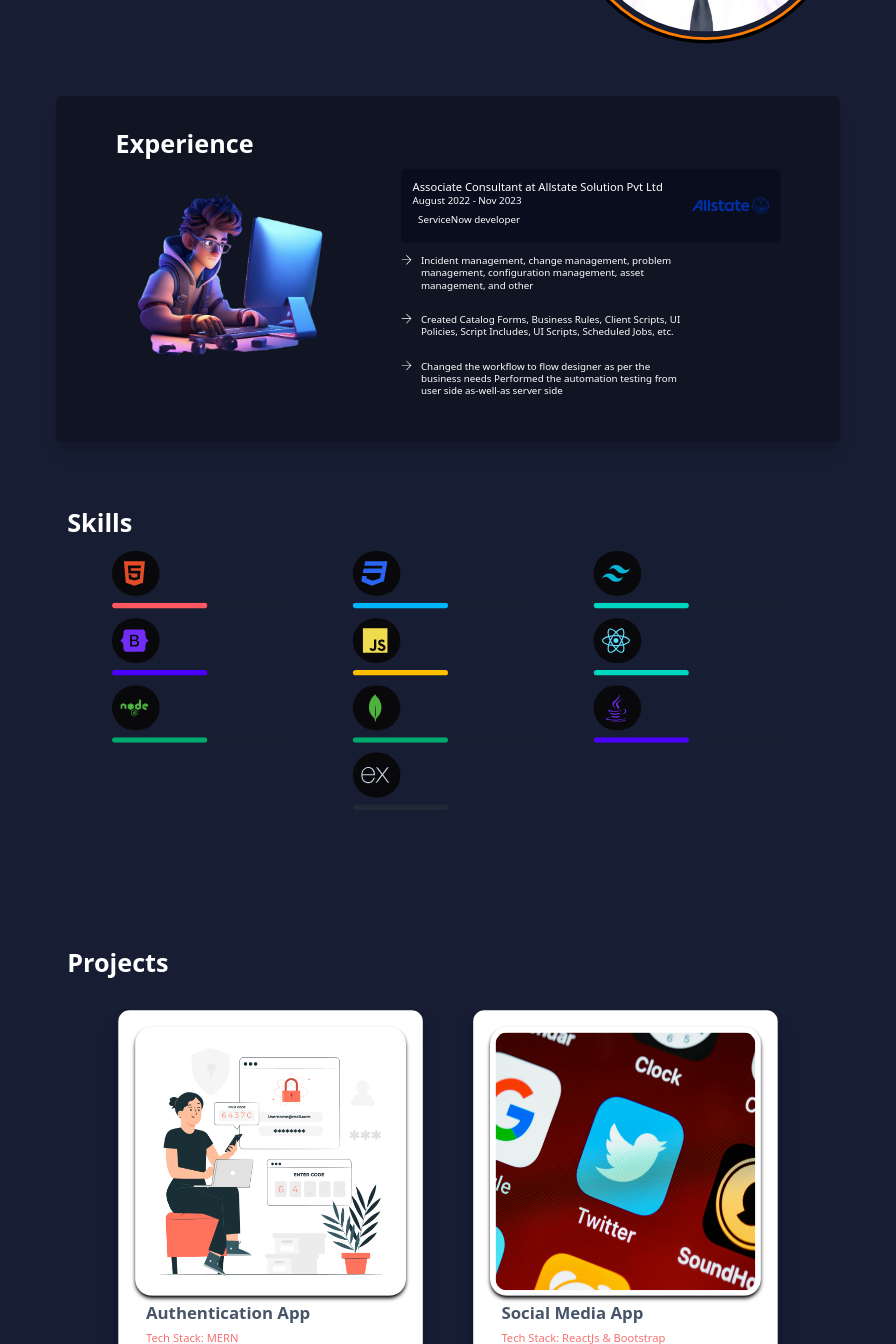
Repository: suryanshsingh99181/portfolio
Page: /
An editor plug-in stored every save of this project. The page is shown before and after the next save, followed by the edit.
The browser window is 1280 px wide. The pictures show the part of the page from y = 463 to 2383 px (the page is 4138 px tall), at 70% of full size.
The project was rebuilt for these pictures with package versions that can differ from the ones it lists, and the page was loaded fresh each time. Also part of the build but not shown: vite.config.js.

Above is the page before, as saved 2024-08-22 22:52:05.

### src/main.jsx
import { StrictMode } from "react";
import { createRoot } from "react-dom/client";
import App from "./App.jsx";
import "./index.css";
import { BrowserRouter, Router } from "react-router-dom";

createRoot(document.getElementById("root")).render(
  <StrictMode>
    <App />
  </StrictMode>
);

### src/App.jsx
import Experience from "./Components/experience/Experience";
import Footer from "./Components/footer/Footer";
import Home from "./Components/home/Home";
import Navbar from "./Components/navbar/Navbar";
import Projects from "./Components/Projects/Projects";
import Skills from "./Components/skills/Skills";
import "./index.css";

function App() {
  return (
    <div className="bg-[#171d32] h-auto w-full overflow-hidden">
      <Navbar></Navbar>
      <Home></Home>
      <Experience></Experience>
      <Skills></Skills>
      <Projects></Projects>
      <Footer></Footer>
    </div>
  );
}

export default App;

### src/Components/experience/Experience.jsx
import { InboxArrowDownIcon } from "@heroicons/react/16/solid";
import { TfiArrowRight } from "react-icons/tfi";
import image from "../../assets/proj.png";
import allstate_logo from "../../assets/Allstate-Logo-2017.png";

const Experience = () => {
  return (
    <div
      id="Experience"
      className="text-white md:flex overflow-hidden items-center md:flex-wrap md:justify-center bg-black shadow-xl mx-0 md:mx-20 bg-opacity-30 rounded-lg p-12"
    >
      <div>
        <h2 className="text-2xl md:text-4xl font-bold">Experience</h2>
        <div className="md:flex flex-wrap flex-col md:flex-row items-center">
          <img
            className="md:h-80 -ml-28 pr-10"
            src={image}
            alt="Experience Image"
          />
          <ul>
            <div className="flex gap-10 bg-slate-950 bg-opacity-45 mt-4 rounded-lg p-4 items-center">
              <span className="text-white">
                <h2 className=" leading-tight ">
                  Associate Consultant at Allstate Solution Pvt Ltd
                </h2>
                <p className="text-sm leading-tight font-thin">
                  August 2022 - Nov 2023
                </p>
                <ul className="text-sm p-2">
                  <li>ServiceNow developer</li>
                </ul>
              </span>
              <span>
                <img src={allstate_logo} className="w-28 text-[#0033A0]" />
              </span>
            </div>
            <div className="flex gap-3 py-4">
              <TfiArrowRight />
              <span className="w-96">
                <p className="text-sm md:text-md leading-tight">
                  Incident management, change management, problem management,
                  configuration management, asset management, and other
                </p>
              </span>
            </div>
            <div className="flex gap-3 py-4">
              <TfiArrowRight />
              <span className="w-96">
                <p className="text-sm md:text-md leading-tight">
                  Created Catalog Forms, Business Rules, Client Scripts, UI
                  Policies, Script Includes, UI Scripts, Scheduled Jobs, etc.
                </p>
              </span>
            </div>

            <div className="flex gap-3 py-4">
              <TfiArrowRight />
              <span className="w-96">
                <p className="text-sm md:text-md leading-tight">
                  Changed the workflow to flow designer as per the business
                  needs Performed the automation testing from user side
                  as-well-as server side
                </p>
              </span>
            </div>
          </ul>
        </div>
      </div>
    </div>
  );
};

export default Experience;

### src/Components/footer/Footer.jsx
import { CiLinkedin } from "react-icons/ci";
import { FaGithub } from "react-icons/fa";
import { MdOutlineEmail } from "react-icons/md";

const Footer = () => {
  return (
    <div
      id="Contact"
      className="flex justify-around bg-[#465697] text-white p-10 md:p-12 items-center"
    >
      <div>
        <h1 className="text-2xl md:text-6xl font-bold">Contact</h1>
        <h3 className="text-2xl md:text-sm font-normal ">
          Feel Free to reachout
        </h3>
      </div>
      <ul className="text-sm md:text-xl">
        <li className="flex gap-1 items-center">
          <MdOutlineEmail />
          suryanshsingh99181@gmail.com
        </li>
        <li className="flex gap-1 items-center">
          <CiLinkedin />
          linkedin.com/in/suryansh_s1
        </li>
        <li className="flex gap-1 items-center">
          <FaGithub />
          github.com/surynshsingh99181
        </li>
      </ul>
    </div>
  );
};

export default Footer;
<div></div>;

### src/Components/home/Home.jsx
import React from "react";
import image from "../../assets/suryansh.jpg";
import TextChanger from "../../TextChanger";

const Home = () => {
  return (
    <div className="text-white flex w-full justify-between items-start p-10 md:p-20">
      <div className="md:w-2/4 md:pt-10 mt-10">
        <h1 className="text-3xl md:text-6xl font-bold flex leading-normal tracking-tighter ">
          <TextChanger />
        </h1>
        <p className="text-sm md:text-2xl leading-tight tracking-tight font-serif mt-4">
          a MERN stack developer...
        </p>
        <button className=" bg-blue-500 mt-5 md:md-10 text-white py-2 px-3 text-sm md:text-lg md:px-4 hover:opacity-85 duration-300 hover:scale-105 font-semibold rounded-3xl bg-[#46]">
          Contact Me
        </button>
      </div>
      <div>
        <img
          className="h-96 w-96 rounded-full object-cover object-center p-2 border-4 border-[#FF7C00] shadow-[0_0_0_5px_rgba(0,0,0,1)]"
          src={image}
          alt=""
        />
      </div>
    </div>
  );
};

export default Home;

### src/Components/navbar/Navbar.jsx
import { RiCloseLine, RiMenu3Line } from "@remixicon/react";
import React, { useState } from "react";

const Navbar = () => {
  const [showMenu, setShowMenu] = useState(true);
  const [menu, openMenu] = useState(false);
  return (
    <nav className="flex flex-wrap justify-between md:items-center text-white px-10 md:px-20 bg-slate-800 ">
      <span className="text-2xl font-bold tracking-wide hover:text-cyan-200">
        Suryansh.
      </span>
      <ul
        className={`mx-24  py-2 mt-4 font-semibold md:-5 bg-black px-2 rounded-xl bg-opacity-30 md:border-none text-center md:bg-transparent md:static md:mx-0 md:flex gap-6 ${
          menu ? "block" : "hidden"
        }`}
      >
        <a href="#About">
          <li className="text-md transition-all duration-500 p-1 md:p-0 hover:text-cyan-200 hover:underline ">
            About
          </li>
        </a>
        <a href="#Experience">
          <li className="text-md transition-all duration-300 p-1 md:p-0 hover:text-cyan-200 hover:underline">
            Experience
          </li>
        </a>
        <a href="#Projects">
          <li className="text-md transition-all duration-300 p-1 md:p-0 hover:text-cyan-200 hover:underline">
            Projects
          </li>
        </a>
        <a href="#Contact">
          <li className="text-md transition-all duration-300 p-1 md:p-0 hover:text-cyan-200 hover:underline">
            Contact
          </li>
        </a>
      </ul>
      {showMenu ? (
        <RiMenu3Line
          size={30}
          className="md:hidden absolute right-10 top-6 transition-all duration-300"
          onClick={() => {
            openMenu(!menu);
            setShowMenu(!showMenu);
          }}
        />
      ) : (
        <RiCloseLine
          size={30}
          className="md:hidden absolute right-10 top-6 transition-all duration-300"
          onClick={() => {
            openMenu(!menu);
            setShowMenu(!showMenu);
          }}
        />
      )}
    </nav>
  );
};

export default Navbar;

### src/Components/Projects/Projects.jsx
import ProjectCard from "./ProjectCard";
import proj1 from "../../assets/1.jpg";
import proj2 from "../../assets/2.jpg";
import proj3 from "../../assets/3.png";
import proj4 from "../../assets/6.png";
import proj5 from "../../assets/4.jpeg";
import proj6 from "../../assets/5.jpg";

const Projects = () => {
  return (
    <div id="Projects" className="p-10 md:p-24 text-white">
      <h1 className="text-2xl md:text-4xl text-white font-bold">Projects</h1>

      <div className="py-12 flex flex-wrap justify-evenly gap-y-3">
        {/*  py-12 px-8 flex flex-wrap justify-around mb-1 gap-y-2 */}
        <ProjectCard
          imgSrc={proj1}
          title="Authentication App"
          main="Tech Stack: MERN"
        />
        <ProjectCard
          imgSrc={proj2}
          title="Social Media App"
          main="Tech Stack: ReactJs & Bootstrap"
        />
        <ProjectCard
          imgSrc={proj3}
          title="Calculator"
          main="Tech Stack: ReactJs & TailwindCss"
        />
        <ProjectCard
          imgSrc={proj4}
          title="Rock-Paper-Scissor Game"
          main="Tech Stack: HTML, TailwindCss & Javascript"
        />
        <ProjectCard
          imgSrc={proj5}
          title="Myntra Functional Clone"
          main="Tech Stack: HTML, TailwindCss & Javascript"
        />
        <ProjectCard
          imgSrc={proj6}
          title="Amazon Clone UI"
          main="Tech Stack: HTML & CSS"
        />
      </div>
    </div>
  );
};

export default Projects;

### src/Components/skills/Skills.jsx
import { Progress } from "@material-tailwind/react";
import "daisyui/dist/full.css";
import {
  FaCss3,
  FaFigma,
  FaGoogle,
  FaHtml5,
  FaJava,
  FaJs,
  FaNode,
  FaReact,
} from "react-icons/fa";
import {
  SiBootstrap,
  SiExpress,
  SiMongodb,
  SiRadixui,
  SiTailwindcss,
} from "react-icons/si";

import image from "../../assets/proj.png";

const Skills = () => {
  return (
    <div id="Skills" className="p-10 md:p-24">
      <h1 className="text-2xl md:text-4xl text-white font-bold">Skills</h1>
      <div className="mt-5">
        <div className=" flex flex-wrap justify-evenly w-auto gap-2">
          <div className="w-1/4">
            <span className="p-3 bg-zinc-950 flex items-center rounded-full w-1/4">
              <FaHtml5 className=" text-[#e34c26] w-10 h-10" />
            </span>
            <progress
              className="progress progress-error w-full"
              value="50"
              max="100"
            ></progress>
          </div>
          <div className="w-1/4">
            <span className="p-3 bg-zinc-950 flex items-center rounded-full w-1/4">
              <FaCss3 className=" text-[#2965f1] w-10 h-10" />
            </span>
            <progress
              className="progress progress-info w-full"
              value="50"
              max="100"
            ></progress>
          </div>
          <div className="w-1/4">
            <span className="p-3 bg-zinc-950 flex items-center rounded-full w-1/4">
              <SiTailwindcss className=" text-[#06b6d4] w-10 h-10" />
            </span>
            <progress
              className="progress progress-accent w-full"
              value="50"
              max="100"
            ></progress>
          </div>
          <div className="w-1/4">
            <span className="p-3 bg-zinc-950 flex items-center rounded-full w-1/4">
              <SiBootstrap className=" text-[#712CF9] w-10 h-10" />
            </span>
            <progress
              className="progress progress-primary w-full"
              value="50"
              max="100"
            ></progress>
          </div>
          <div className="w-1/4">
            <span className="p-3 bg-zinc-950 flex items-center rounded-full w-1/4">
              <FaJs className="text-[#f0db4f] w-10 h-10" />
            </span>
            <progress
              className="progress progress-warning w-full"
              value="50"
              max="100"
            ></progress>
          </div>
          <div className="w-1/4">
            <span className="p-3 bg-zinc-950 flex items-center rounded-full w-1/4">
              <FaReact className=" text-[#61dbfb] w-10 h-10" />
            </span>
            <progress
              className="progress progress-accent w-full"
              value="50"
              max="100"
            ></progress>
          </div>{" "}
          <div className="w-1/4">
            <span className="p-3 bg-zinc-950 flex items-center rounded-full w-1/4">
              <FaNode className="text-[#4db33d] w-10 h-10" />
            </span>
            <progress
              className="progress progress-success w-full"
              value="50"
              max="100"
            ></progress>
          </div>{" "}
          <div className="w-1/4">
            <span className="p-3 bg-zinc-950 flex items-center rounded-full w-1/4">
              <SiMongodb className="text-[#4db33d] w-10 h-10" />
            </span>
            <progress
              className="progress progress-success w-full"
              value="50"
              max="100"
            ></progress>
          </div>
          <div className="w-1/4">
            <span className="p-3 bg-zinc-950 flex items-center rounded-full w-1/4">
              <FaJava className="text-[#712CF5] w-10 h-10" />
            </span>
            <progress
              className="progress progress-primary w-full"
              value="50"
              max="100"
            ></progress>
          </div>{" "}
          <div className="w-1/4">
            <span className="p-3 bg-zinc-950 flex items-center rounded-full w-1/4">
              <SiExpress className="text-slate-300 w-10 h-10" />
            </span>
            <progress
              className="progress progress-progress w-full"
              value="50"
              max="100"
            ></progress>
          </div>
        </div>
      </div>
    </div>
  );
};

export default Skills;

### src/TextChanger.jsx
import { useState, useEffect } from "react";

const TextChanger = () => {
  const texts = ["Hi I am Suryansh", "Hi I am Suryansh", "Hi I am Suryansh"];
  const [currentText, setCurrentText] = useState("");
  const [endValue, setEndValue] = useState(true);
  const [isForward, setIsForward] = useState(true);
  const [index, setIndex] = useState(0);

  useEffect(() => {
    const intervalId = setInterval(() => {
      setCurrentText(texts[index].substring(0, endValue));
      if (isForward) {
        setEndValue((prev) => prev + 1);
      } else {
        setEndValue((prev) => prev - 1);
      }
      if (endValue > texts[index].length + 10) {
        setIsForward(false);
      }
      if (endValue < 2.1) {
        setIsForward(true);
        setIndex((prev) => prev & texts.length);
      }
    }, 50);
    return () => clearInterval(intervalId);
  }, [endValue, isForward, index, texts]);
  return <div className="transition ease duration-300">{currentText}</div>;
};

export default TextChanger;

### src/Components/Projects/ProjectCard.jsx
import suryansh from "../../assets/suryansh.jpg";

const ProjectCard = ({ imgSrc, title, main }) => {
  return (
    <div className="w-2/5 p-2 md:p-6 flex flex-col bg-white shadow-xl shadow-slate-900 rounded-2xl">
      <img
        className="p-2 rounded-3xl shadow-md shadow-black h-96"
        src={imgSrc}
        alt="bannerimage"
      />
      <h3 className=" pt-2 px-4 text-xl md:text-2xl font-semibold leading-normal text-slate-600">
        {title}
      </h3>
      <p className="px-4 text-sm md:text-base leading-tight py-2 text-red-400">
        {main}
      </p>
      <div className="md:p-4 flex gap-2 md:gap-4 ">
        <button className="md:mt-10 text-white py-2 px-3 text-sm md:text-lg md:py-2 md:px-4 hover:opacity-85 duration-300 hover:scale-105 font-semibold rounded-3xl bg-[#465697]">
          Demo
        </button>
        <button className="md:mt-10 text-white py-2 px-3 text-sm md:text-lg md:py-2 md:px-4 hover:opacity-85 duration-300 hover:scale-105 font-semibold rounded-3xl bg-[#465697]">
          Source Code
        </button>
      </div>
    </div>
  );
};

export default ProjectCard;

Loaded but not shown: index.html (common file); src/index.css (common file); tailwind.config.js (common file)

After the next save:
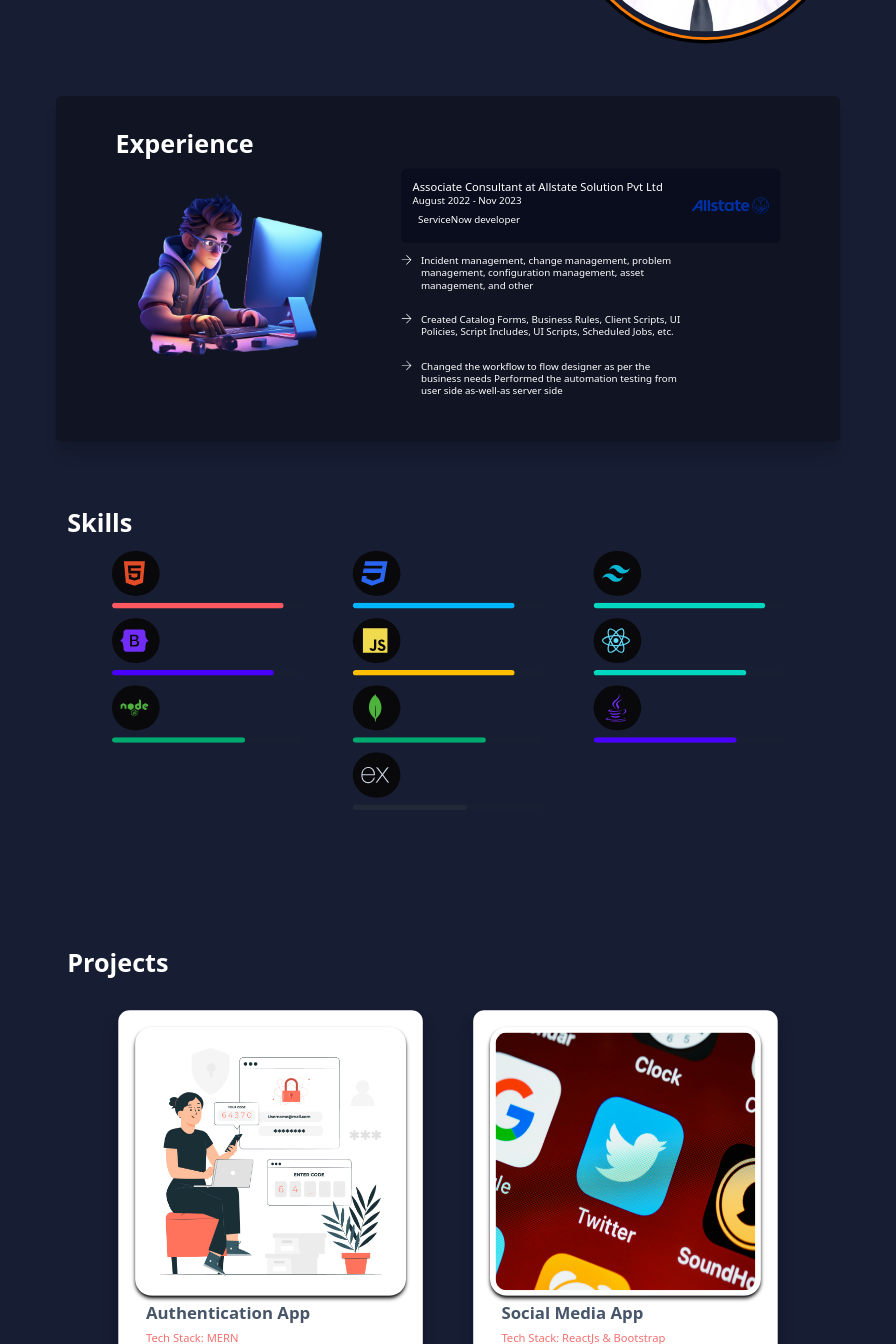
Saved 100 s later.
--- a/src/Components/skills/Skills.jsx
+++ b/src/Components/skills/Skills.jsx
@@ -32,7 +32,7 @@
             </span>
             <progress
               className="progress progress-error w-full"
-              value="50"
+              value="90"
               max="100"
             ></progress>
           </div>
@@ -42,7 +42,7 @@
             </span>
             <progress
               className="progress progress-info w-full"
-              value="50"
+              value="85"
               max="100"
             ></progress>
           </div>
@@ -52,7 +52,7 @@
             </span>
             <progress
               className="progress progress-accent w-full"
-              value="50"
+              value="90"
               max="100"
             ></progress>
           </div>
@@ -62,7 +62,7 @@
             </span>
             <progress
               className="progress progress-primary w-full"
-              value="50"
+              value="85"
               max="100"
             ></progress>
           </div>
@@ -72,7 +72,7 @@
             </span>
             <progress
               className="progress progress-warning w-full"
-              value="50"
+              value="85"
               max="100"
             ></progress>
           </div>
@@ -82,7 +82,7 @@
             </span>
             <progress
               className="progress progress-accent w-full"
-              value="50"
+              value="80"
               max="100"
             ></progress>
           </div>{" "}
@@ -92,7 +92,7 @@
             </span>
             <progress
               className="progress progress-success w-full"
-              value="50"
+              value="70"
               max="100"
             ></progress>
           </div>{" "}
@@ -102,7 +102,7 @@
             </span>
             <progress
               className="progress progress-success w-full"
-              value="50"
+              value="70"
               max="100"
             ></progress>
           </div>
@@ -112,7 +112,7 @@
             </span>
             <progress
               className="progress progress-primary w-full"
-              value="50"
+              value="75"
               max="100"
             ></progress>
           </div>{" "}
@@ -122,7 +122,7 @@
             </span>
             <progress
               className="progress progress-progress w-full"
-              value="50"
+              value="60"
               max="100"
             ></progress>
           </div>
